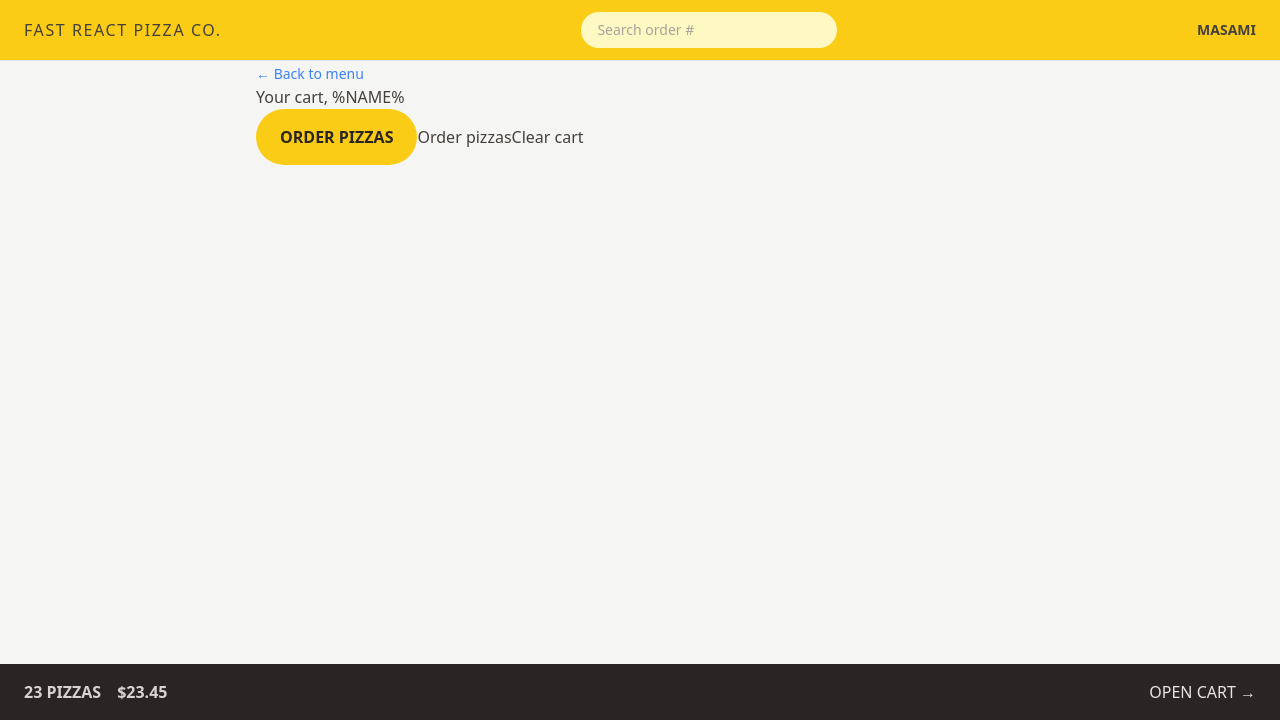
Repository: masamichan/pizza-vite
Page: /cart
An editor plug-in stored every save of this project. The page is shown before and after the next save, followed by the edit.
The browser window is 1280 px wide. The pictures show the whole page.
The project was rebuilt for these pictures with package versions that can differ from the ones it lists, and the page was loaded fresh each time. Also part of the build but not shown: vite.config.js, src/ui/Home.jsx, src/services/apiRestaurant.js, src/utils/helpers.js, src/features/menu/MenuItem.jsx, src/features/menu/Menu.jsx, src/features/order/CreateOrder.jsx, src/features/order/Order.jsx and 2 more. Imported but missing from the stored project, and not drawn on this page: src/features/user/CreateUser.

Above is the page before, as saved 2023-12-22 17:15:15.

### src/App.jsx
import { RouterProvider, createBrowserRouter } from "react-router-dom"
import Home from './ui/Home'
import Menu, {loader as menuLoader} from './features/menu/Menu';
import Cart from './features/cart/Cart';
import CreateOrder, {action as createOrderAction} from './features/order/CreateOrder';
import Order, {loader as orderLoader} from "./features/order/Order"
import AppLayout from "./ui/AppLayout";
import Error from "./ui/Error"

const router = createBrowserRouter([
  {
    element: <AppLayout />,
    errorElement: <Error />,
    children: [
  { path: "/", element: <Home/>},
  { path: "/menu", element: <Menu />, loader: menuLoader, errorElement: <Error />},
  {path: "/cart",element: <Cart />},
  {path: "/order/new",element: <CreateOrder />, action: createOrderAction},
  {path: "/order/:orderId", element: <Order />, loader: orderLoader, errorElement: <Error />}
    ],
  },
])




function App() {
  return <RouterProvider router={router} />
}

export default App

### src/index.css
@tailwind base;
@tailwind components;
@tailwind utilities;

@layer components {
  .input {
    @apply w-full rounded-full border border-stone-200 px-4 py-2 text-sm
          transition-all duration-300 placeholder:text-stone-400
          focus:outline-none focus:ring focus:ring-yellow-400
          md:px-6 md:py-3;
  }
}

/* https://dev.to/afif/i-made-100-css-loaders-for-your-next-project-4eje */
.loader {
  width: 45px;
  aspect-ratio: 0.75;
  --c: no-repeat linear-gradient(#333 0 0);
  background:
    var(--c) 0% 50%,
    var(--c) 50% 50%,
    var(--c) 100% 50%;
  background-size: 20% 50%;
  animation: loading 1s infinite linear;
}

@keyframes loading {
  20% {
    background-position:
      0% 0%,
      50% 50%,
      100% 50%;
  }
  40% {
    background-position:
      0% 100%,
      50% 0%,
      100% 50%;
  }
  60% {
    background-position:
      0% 50%,
      50% 100%,
      100% 0%;
  }
  80% {
    background-position:
      0% 50%,
      50% 50%,
      100% 100%;
  }
}

### src/features/cart/Cart.jsx
import { Link } from 'react-router-dom';
import LinkButton from '../../ui/LinkButton';
import Button from '../../ui/Button';

const fakeCart = [
  {
    pizzaId: 12,
    name: 'Mediterranean',
    quantity: 2,
    unitPrice: 16,
    totalPrice: 32,
  },
  {
    pizzaId: 6,
    name: 'Vegetale',
    quantity: 1,
    unitPrice: 13,
    totalPrice: 13,
  },
  {
    pizzaId: 11,
    name: 'Spinach and Mushroom',
    quantity: 1,
    unitPrice: 15,
    totalPrice: 15,
  },
];

function Cart() {
  const cart = fakeCart;

  return (
    <div>
      <LinkButton to="/menu">&larr; Back to menu</LinkButton>

      <h2>Your cart, %NAME%</h2>

      <div>
        <Button to="/order/new">Order pizzas</Button>

        <Link>Order pizzas</Link>
        <button>Clear cart</button>
      </div>
    </div>
  );
}

export default Cart;

### src/ui/AppLayout.jsx
import Header from './Header';
import Loader from './Loader';
import { Outlet, useNavigation } from 'react-router-dom';
import CartOverview from '../features/cart/CartOverview';

function AppLayout() {
  const navigation = useNavigation();
  const isLoading = navigation.state === 'loading';
  return (
    <div className="grid h-screen grid-rows-[auto_1fr_auto]">
      {isLoading && <Loader />}

      <Header />
      <div className="overflow-scroll">
        <main className="mx-auto max-w-3xl">
          <Outlet />
        </main>
      </div>
      <CartOverview />
    </div>
  );
}

export default AppLayout;

### src/ui/Button.jsx
function Button({ children, disabled }) {
  return (
    <button
      disabled={disabled}
      className="tracking-width activate:bg-slate-400 inline-block rounded-full bg-yellow-400 px-4 py-3 font-semibold
                uppercase text-stone-800 transition-colors duration-300 hover:bg-yellow-300
                focus:outline-none focus:ring focus:ring-yellow-300 focus:ring-offset-2 disabled:cursor-not-allowed
                sm:px-6 sm:py-4"
    >
      {children}
    </button>
  );
}

export default Button;

### src/ui/Header.jsx
import { Link } from 'react-router-dom';
import SearchOrder from '../features/order/SearchOrder';
import UserName from '../features/user/UserName';

function Header() {
  return (
    <header className="flex items-center justify-between border-b border-stone-200 bg-yellow-400 px-4 py-3 uppercase sm:px-6">
      <Link to="/" className="tracking-widest">
        Fast React Pizza Co.
      </Link>
      <SearchOrder />
      <UserName />
    </header>
  );
}

export default Header;

### src/features/cart/CartOverview.jsx
import { Link } from 'react-router-dom';

function CartOverview() {
  return (
    <div className="flex items-center justify-between bg-stone-800 px-4 py-4 text-sm uppercase text-stone-200 sm:px-6 md:text-base">
      <p className="sm-space-x-6 space-x-4 font-semibold text-stone-300">
        <span>23 pizzas</span>
        <span>$23.45</span>
      </p>
      <Link to="/cart">Open cart &rarr;</Link>
    </div>
  );
}

export default CartOverview;

### src/features/order/SearchOrder.jsx
import { useState } from 'react';
import { useNavigate } from 'react-router-dom';

function SearchOrder() {
  const [query, setQuery] = useState('');
  const navigate = useNavigate();

  function handleSubmit(e) {
    e.preventDefault();
    if (!query) return;
    navigate(`/order/${query}`);
    setQuery('');
  }

  return (
    <form onSubmit={handleSubmit}>
      <input
        placeholder="Search order #"
        value={query}
        onChange={(e) => setQuery(e.target.value)}
        className="focus: w-28 rounded-full bg-yellow-100 px-4 py-2
                   text-sm ring-yellow-500 transition-all duration-300
                   placeholder:text-stone-400 focus:outline-none focus:ring focus:ring-opacity-50 sm:w-64 sm:focus:w-72"
      />
    </form>
  );
}

export default SearchOrder;

### src/features/user/UserName.jsx
function UserName() {
  return <div className="hidden text-sm font-semibold md:block">Masami</div>;
}

export default UserName;

Loaded but not shown: index.html (common file); src/main.jsx (common file); src/ui/LinkButton.jsx (common file); tailwind.config.js (common file)

After the next save:
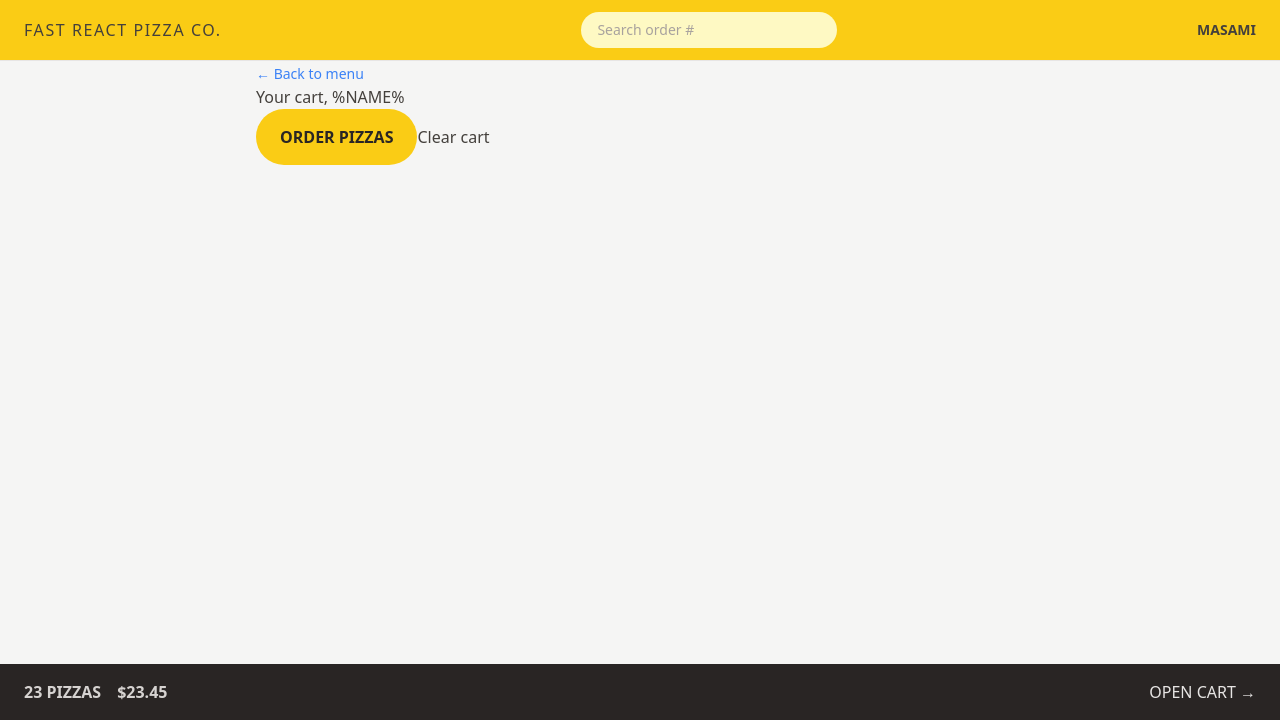
Saved 8 s later.
--- a/src/features/cart/Cart.jsx
+++ b/src/features/cart/Cart.jsx
@@ -37,8 +37,6 @@ function Cart() {
 
       <div>
         <Button to="/order/new">Order pizzas</Button>
-
-        <Link>Order pizzas</Link>
         <button>Clear cart</button>
       </div>
     </div>
